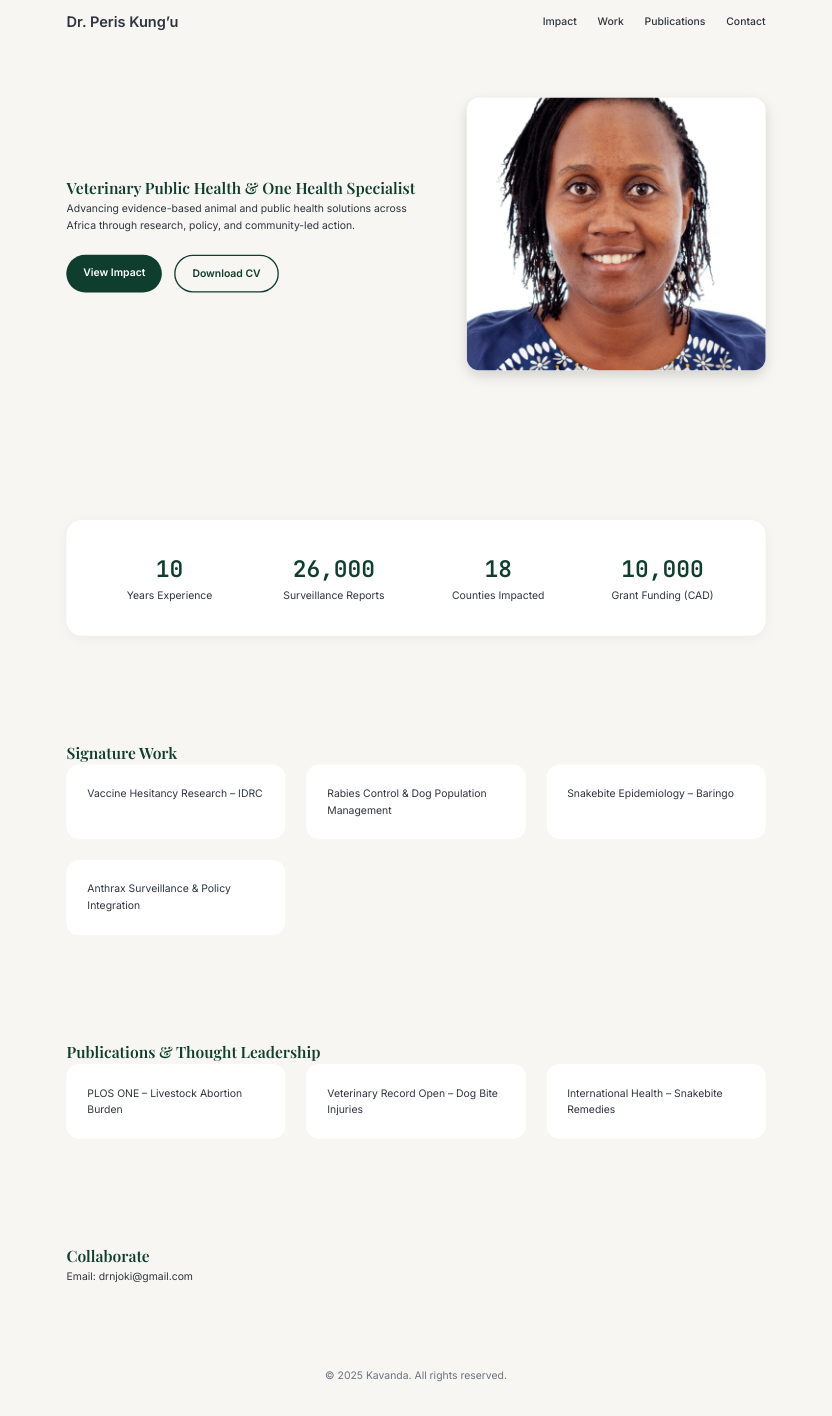
Repository: ladygit-comits/Peris_Portfolio
Page: index.html
These files come from the project's save history. The page is drawn as it stood at one moment and after the next save; the edit follows.
The browser window is 1280 px wide. The pictures show the whole page, at 65% of full size.

Above is the page before, as saved 2026-01-01 21:12:42.

After the next save:
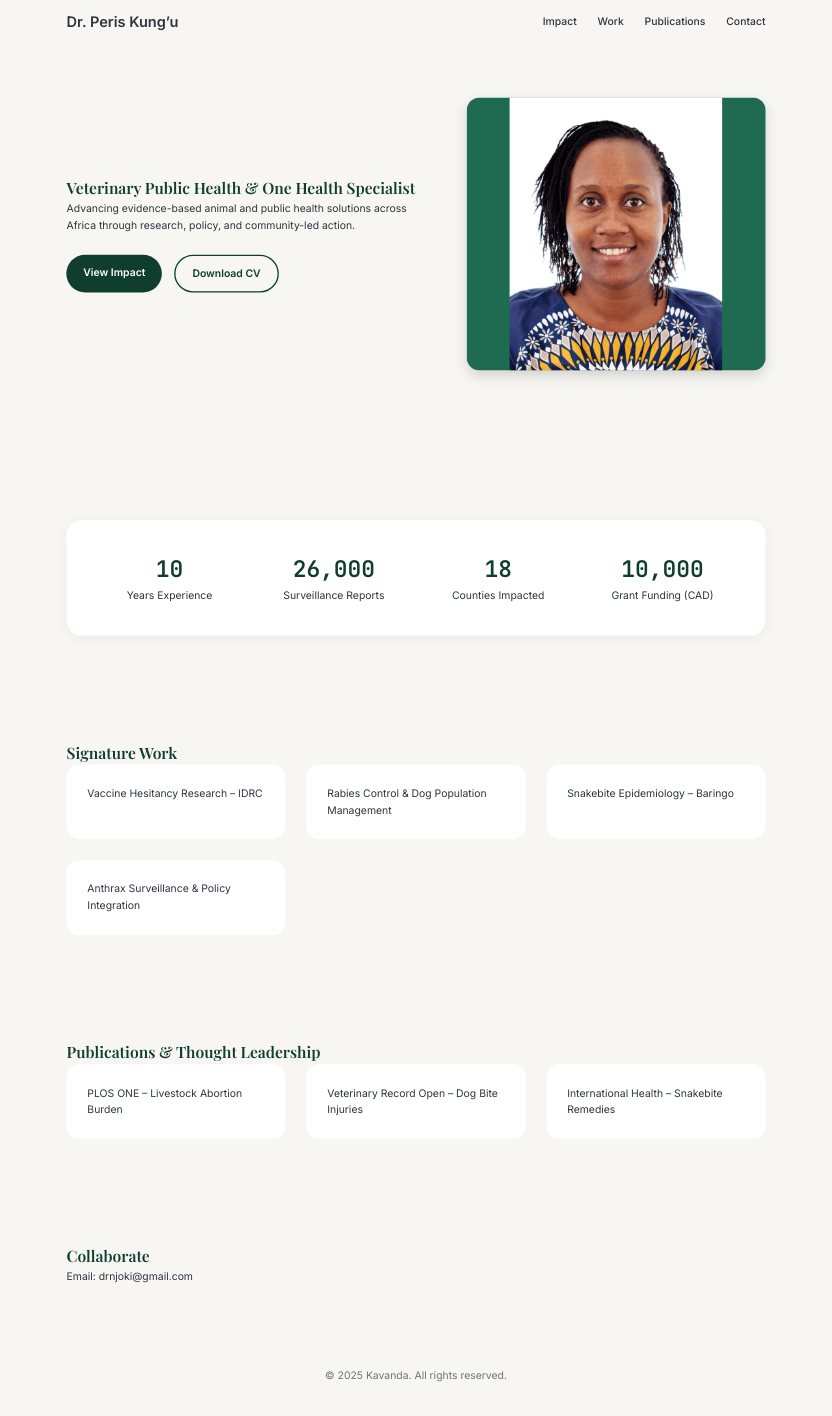
Saved 2 min 27 s later.
--- a/style.css
+++ b/style.css
@@ -108,9 +108,11 @@ nav a:hover::after {
 
 .hero-img {
   height: 420px;
+  width: 100%;
   border-radius: 20px;
   background: url('images/peris.jpeg') no-repeat center center;
-  background-size: cover;
+  background-size: contain;
+  background-color: #1f6b52;
   transition: transform 0.3s ease, box-shadow 0.3s ease;
   box-shadow: 0 8px 20px rgba(0, 0, 0, 0.15);
 }
